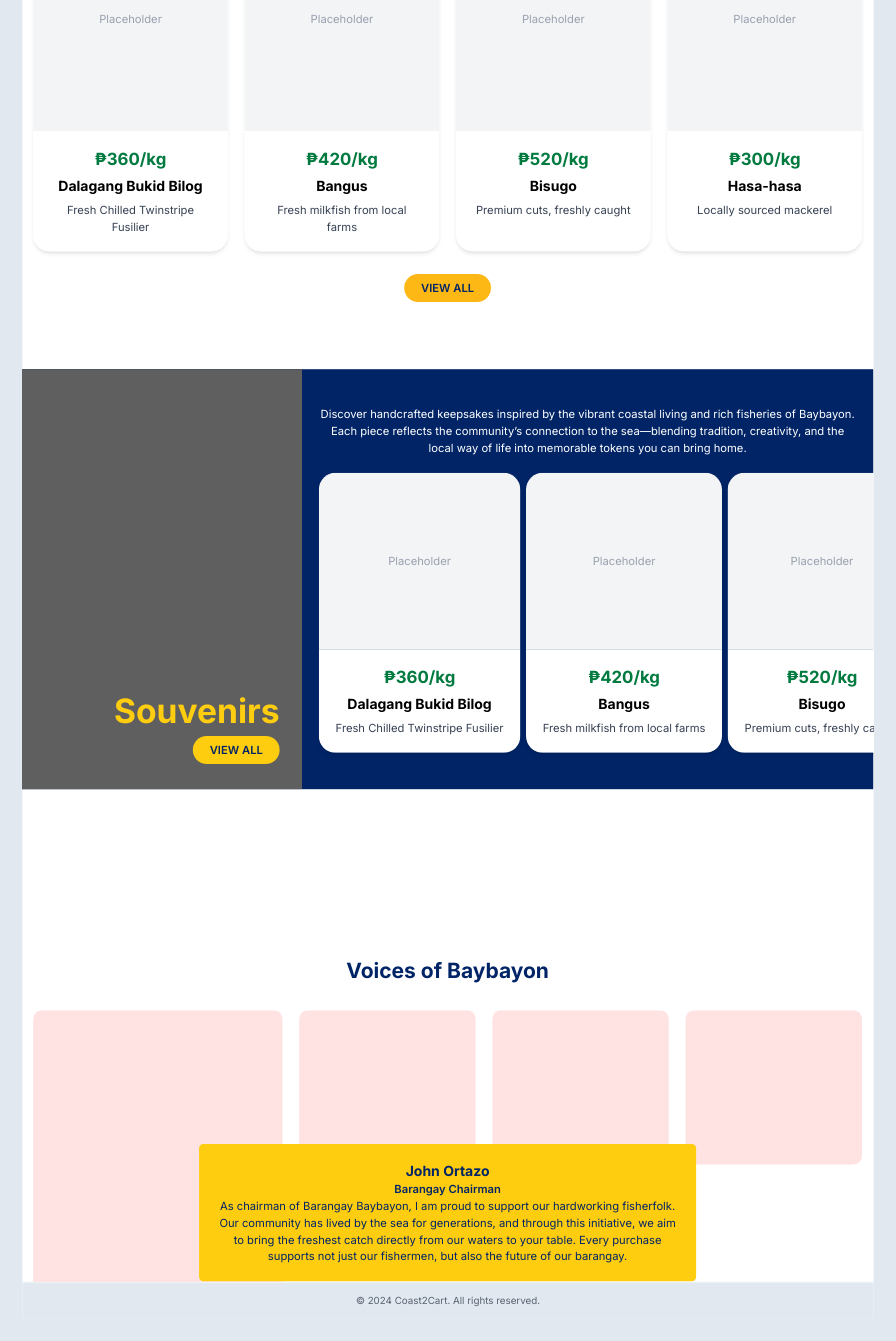
Repository: Coast2Card/coast2cart-frontend
Page: /
An editor plug-in stored every save of this project. The page is shown before and after the next save, followed by the edit.
The browser window is 1280 px wide. The pictures show the part of the page from y = 2340 to 4260 px (the page is 4256 px tall before and 4260 px after), at 70% of full size.
Pictures or frames that could not be fetched are drawn as grey boxes. The project was rebuilt for these pictures with package versions that can differ from the ones it lists, and the page was loaded fresh each time. Also part of the build but not shown: vite.config.js, src/pages/Seafood.jsx, src/pages/Souvenirs.jsx, src/pages/About.jsx, src/pages/Cart.jsx, src/pages/Profile.jsx, src/pages/Colors.jsx.

Above is the page before, as saved 2025-09-13 23:11:53.

After the next save:
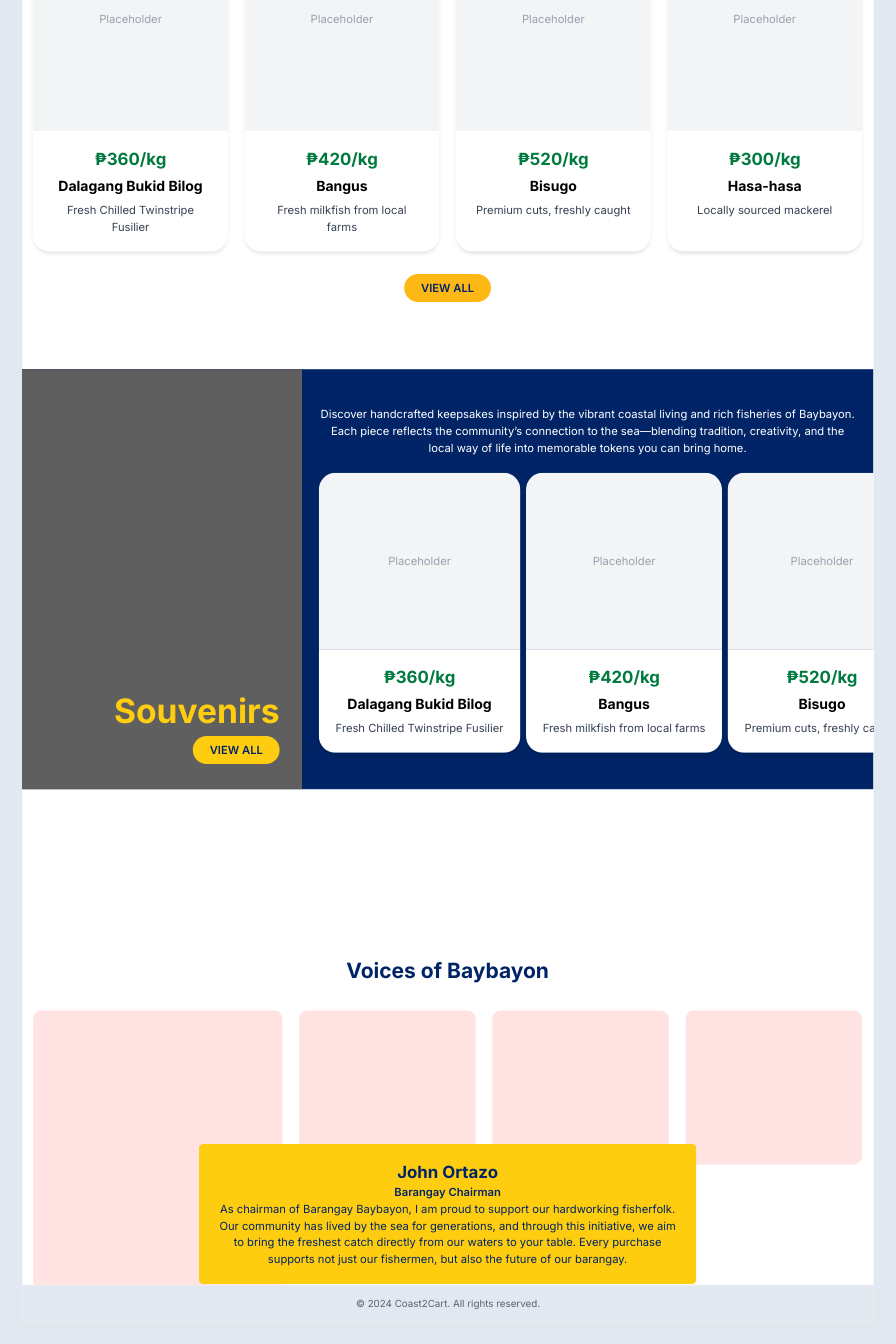
Saved 6 s later.
--- a/src/pages/Home.jsx
+++ b/src/pages/Home.jsx
@@ -88,7 +88,7 @@
             <div className="col-span-8 bg-red-100 rounded-xl h-[55%]"></div>
           </div>
           <div className="flex-flex-col gap-2 bg-[#FFCD0F] p-6 rounded-md text-[#012466] mx-auto w-[60%]  mt-[-19%]">
-            <h2 className="font-bold text-xl">John Ortazo</h2>
+            <h2 className="font-bold text-2xl">John Ortazo</h2>
             <p className="font-semibold">Barangay Chairman</p>
             <p className="">
               As chairman of Barangay Baybayon, I am proud to support our

After the save that followed:
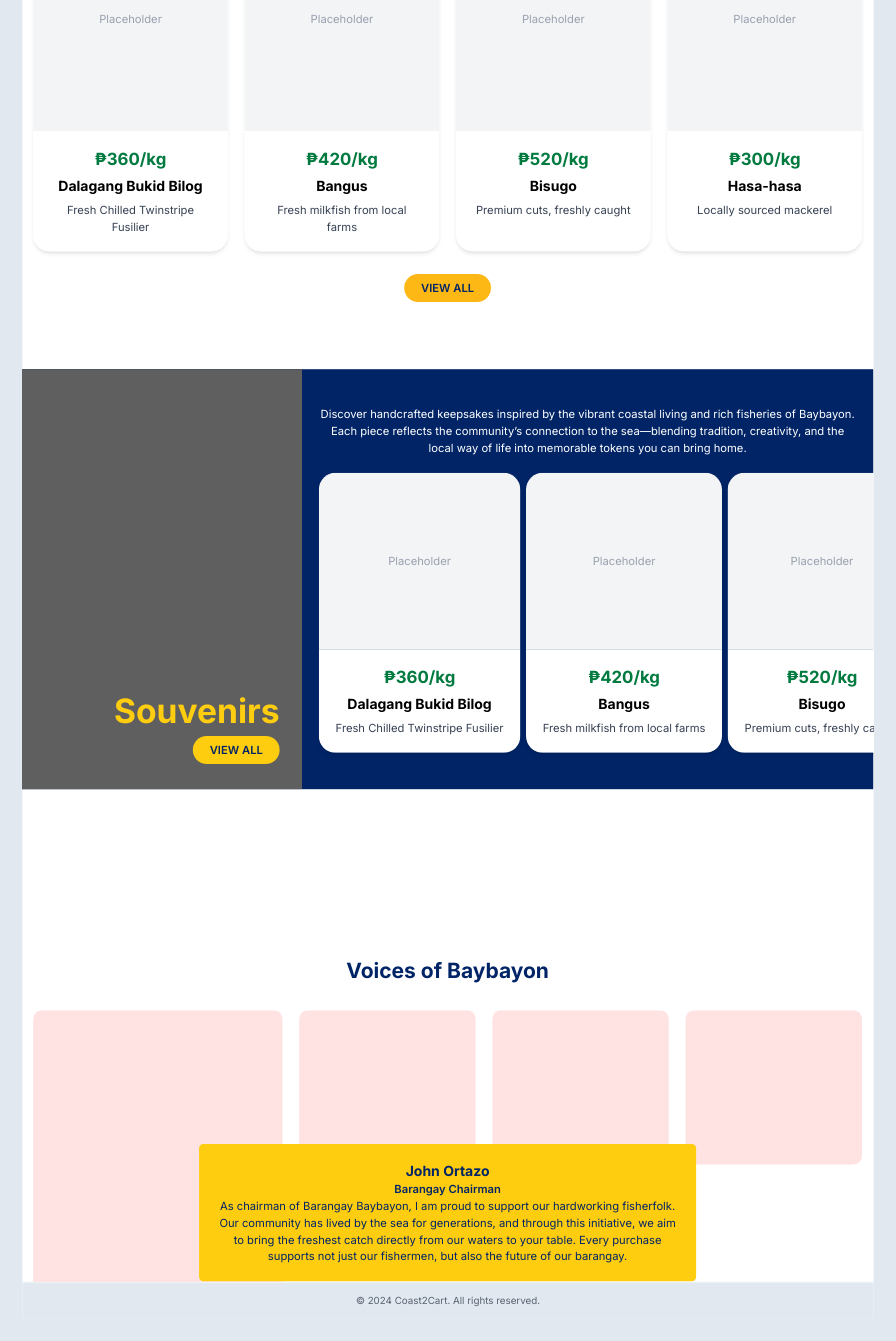
Saved 6 s later.
--- a/src/pages/Home.jsx
+++ b/src/pages/Home.jsx
@@ -88,7 +88,7 @@
             <div className="col-span-8 bg-red-100 rounded-xl h-[55%]"></div>
           </div>
           <div className="flex-flex-col gap-2 bg-[#FFCD0F] p-6 rounded-md text-[#012466] mx-auto w-[60%]  mt-[-19%]">
-            <h2 className="font-bold text-2xl">John Ortazo</h2>
+            <h2 className="font-bold text-xl">John Ortazo</h2>
             <p className="font-semibold">Barangay Chairman</p>
             <p className="">
               As chairman of Barangay Baybayon, I am proud to support our
